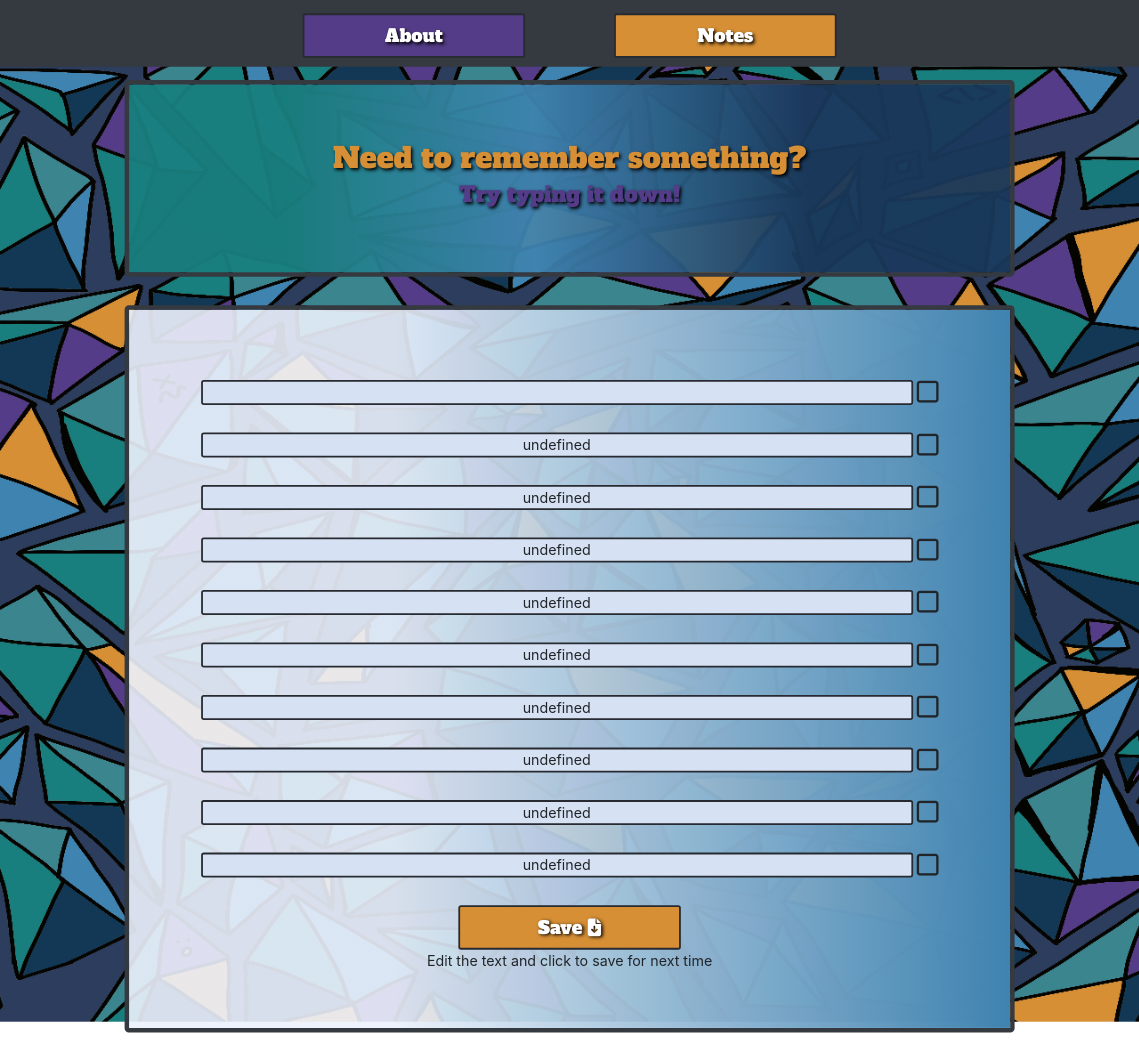
Repository: Kamicoda/Mynote
Page: index.html
The author's editor kept a record of every edit. The page is drawn from the files as they stood at one moment, then again after the next edit.
The browser window is 1280 px wide. The pictures show the whole page, at 89% of full size.
Backgrounds fixed to the window are drawn as part of the page. Some web fonts or font styles are not loaded; a fallback is used. Some web libraries are served in a nearby version.

Above is the page before.

### index.html
<!DOCTYPE html>
<html lang="en">

<head>
    <meta charset="UTF-8">
    <meta name="viewport" content="width=device-width, initial-scale=1.0">
    <meta http-equiv="X-UA-Compatible" content="ie=edge">
    <title>Document</title>


    <!--Bootstrap-->
    <link rel="stylesheet" href="https://maxcdn.bootstrapcdn.com/bootstrap/4.2.1/css/bootstrap.min.css" type="text/css" />
    <link rel="stylesheet" href="https://cdnjs.cloudflare.com/ajax/libs/hover.css/2.3.1/css/hover-min.css" type="text/css" />
    <!--Css-->
    <link rel="stylesheet" href="assets/style/style.css" type="text/css" />
    <link href="https://fonts.googleapis.com/css?family=Alfa+Slab+One&display=swap" rel="stylesheet">
    <!--Jquery-->
    <script src="https://code.jquery.com/jquery-3.4.1.min.js" integrity="sha256-CSXorXvZcTkaix6Yvo6HppcZGetbYMGWSFlBw8HfCJo=" crossorigin="anonymous"></script>

    <!--Scripts-->
    <script src="https://kit.fontawesome.com/06adabaaa3.js"></script>
    <script type="text/javascript" src="assets/js/script1.js"></script>
    <script type="text/javascript" src="assets/js/script2.js"></script>


</head>

<body class="bgbody" onload="checkEdits()">

    <!--navigation-->
    <div class="container-fluid bg-dark">
        <ul class="nav justify-content-center w-100">
            <li class="nav-item">
                <button id="aboutNav" type="button" class="btn btn-secondary btn-lg border border-light">About</button>
            </li>
            <li class="nav-item">
                <button id="notesNav" type="button" class="btn btn-primary btn-lg border border-light">Notes</button>
            </li>

        </ul>
    </div>

    <div class="jumbotron border border-dark header bg-grey mx-auto">
        <div class="row">
            <div id="headerwelcome" class="col-12">
                <h2 class="fancytext"> Need to remember something?</h2>
                <h4 class="fancytextsm">Try typing it down!</h4>
            </div>

            <div id="headerabout" class="col-12">
                <h2 class="fancytext"> Aboot, Abouut, Abuuut!</h2>
                <h4 class="fancytextsm">have a quick read</h4>
            </div>

            <div id="headernotes" class="col-12">
                <h2 class="fancytext"> Don't forget to not forget!</h2>
                <h4 class="fancytextsm">Also don't forget to keep it stupidly simple</h4>
            </div>
        </div>
    </div>

    <div class="jumbotron border border-dark cont header mx-auto">
        <div class="container-flex">


            <section id="aboutSec">
                <div class="row">
                    <div class="col-12">
                        <p>here to help you remember!</p>
                        <div class="row">
                            <div class="col-6">
                                <p>this website should make writing things down a little easier there are a few features to be added at some point,
                                but less off that just remember keep calm and make it concice youll get through whatever you need notes for! </p>
                                <hr class="my-2">
                                <p> to use simply type your note and hit save, thats it it will save a note to your local browser storage like how google autofills things for you.</p>
                            </div>
                            <div class="col-4">
                                <div class="catnote"></div>
                                <p>Don't end up like cat note!</p>
                            </div>
                        </div>
                    </div>
                </div>
        </div>
        </section>

        <section id="notesSec">
            <div class="row">

                <div class="col-12">
                    <div id="editList" class="row">

                        <div class="col-12">
                            <p id="edit" contenteditable="true" class="editableP border border-light"></p>
                            <div id="checkBox" class="checkbox">
                                <i id="fasquare" class="far fa-square"></i>
                                <i id="fabox" class="far fa-check-square"></i>
                            </div>
                        </div>

                        <div class="col-12">
                            <p id="edit1" contenteditable="true" class="editableP border border-light"></p>
                            <div id="checkBox1" class="checkbox">
                                <i id="fasquare1" class="far fa-square"></i>
                                <i id="fabox1" class="far fa-check-square"></i>
                            </div>
                        </div>

                        <div class="col-12">
                            <p id="edit2" contenteditable="true" class="editableP border border-light"></p>
                            <div id="checkBox2" class="checkbox">
                                <i id="fasquare2" class="far fa-square"></i>
                                <i id="fabox2" class="far fa-check-square"></i>
                            </div>
                        </div>

                        <div class="col-12">
                            <p id="edit3" contenteditable="true" class="editableP border border-light"></p>
                            <div id="checkBox3" class="checkbox">
                                <i id="fasquare3" class="far fa-square"></i>
                                <i id="fabox3" class="far fa-check-square"></i>
                            </div>
                        </div>

                        <div class="col-12">
                            <p id="edit4" contenteditable="true" class="editableP border border-light"></p>
                            <div id="checkBox4" class="checkbox">
                                <i id="fasquare4" class="far fa-square"></i>
                                <i id="fabox4" class="far fa-check-square"></i>
                            </div>
                        </div>

                        <div class="col-12">
                            <p id="edit5" contenteditable="true" class="editableP border border-light"></p>
                            <div id="checkBox5" class="checkbox">
                                <i id="fasquare5" class="far fa-square"></i>
                                <i id="fabox5" class="far fa-check-square"></i>
                            </div>
                        </div>

                        <div class="col-12">
                            <p id="edit6" contenteditable="true" class="editableP border border-light"></p>
                            <div id="checkBox6" class="checkbox">
                                <i id="fasquare6" class="far fa-square"></i>
                                <i id="fabox6" class="far fa-check-square"></i>
                            </div>
                        </div>

                        <div class="col-12">
                            <p id="edit7" contenteditable="true" class="editableP border border-light"></p>
                            <div id="checkBox7" class="checkbox">
                                <i id="fasquare7" class="far fa-square"></i>
                                <i id="fabox7" class="far fa-check-square"></i>
                            </div>
                        </div>

                        <div class="col-12">
                            <p id="edit8" contenteditable="true" class="editableP border border-light"></p>
                            <div id="checkBox8" class="checkbox">
                                <i id="fasquare8" class="far fa-square"></i>
                                <i id="fabox8" class="far fa-check-square"></i>
                            </div>
                        </div>

                        <div class="col-12">
                            <p id="edit9" contenteditable="true" class="editableP border border-light"></p>
                            <div id="checkBox9" class="checkbox">
                                <i id="fasquare9" class="far fa-square"></i>
                                <i id="fabox9" class="far fa-check-square"></i>
                            </div>

                            <div>
                                <button type="button " onclick="save()" class="btn btn-primary btn-lg border border-light saveButton">Save
                        <i class="fas fa-file-download"></i></button>
                            </div>

                            <div id="update"> Edit the text and click to save for next time </div>
                        </div>
                    </div>
                </div>
            </div>
        </section>
    </div>

</body>
<footer>

</footer>

</html>

### assets/style/style.css
@import url('https://fonts.googleapis.com/css?family=Roboto:100,200,300,400,500,600,700|Exo:100,200,300,400,500,600,700|Six Caps:100,200,300,400,500,600,700');

/*Colors*/

.bg-dark {
    background-color: rgba(39, 42, 48, 1);
}

.bg-grey {
    background: rgb(24, 127, 126);
    background: linear-gradient(90deg, rgba(24, 127, 126, 0.95) 18%, rgba(63, 131, 176, 0.95) 46%, rgba(25, 56, 90, 0.95) 77%);
}

.bg-light {
    background-color: rgba(72, 63, 57, 0.5);

}

/*background*/

.border-dark {
    margin-top: 15px;
    border-width: 5px !important;
    border-bottom-style: solid;
    border-color: rgba(39, 42, 48, 1);
}

.border-light {
    margin-top: 15px;
    border-width: 2px !important;
    border-bottom-style: solid;
    border-color: rgba(39, 42, 48, 1) !important;
    border-radius: 3px;
}

.bgbody {
    background: url("notesBg.jpg");
    Margin: 0;
    background-position: center;
    background-repeat: no-repeat;
    background-attachment: fixed;
    z-index: -1;
}

.catnote {
    background: url("catnote.jpg");
    width: 300px;
    height: 218px;
    background-position: center;
}

.navigationbackground {
    position: fixed;
    height: 100%;
    width: 100%;
}

.nav-item {
    margin-left: 50px;
    margin-right: 50px;
    margin-bottom: 10px;
}

.btn {
    border-radius: 0;
    width: 250px;
    border-radius: 3px;
    font-family: 'Alfa Slab One', cursive;
    text-shadow: 2px 2px 4px #000000;
}

.btn-primary {
    background-color: #d68f35;
}

.btn-primary:hover {
    color: #fff;
    background-color: #ffad44;
}

.btn-primary.focus,
.btn-primary:focus {
    box-shadow: 0 0 0 0.2rem rgb(243, 187, 116);
}

.btn-primary:not(:disabled):not(.disabled):active,
.show>.btn-primary.dropdown-toggle {
    color: #fff;
    background-color: #d68f35;
    border-color: #d68f35;
}

.btn-secondary {
    background-color: #543c88;
}

.btn-secondary:hover {
    color: #fff;
    background-color: #6a42bf;
}

.btn-secondary.focus, .btn-secondary:focus {
    box-shadow: 0 0 0 0.2rem rgb(84, 60, 136);
}

.btn-secondary:not(:disabled):not(.disabled):active,
.show>.btn-secondary.dropdown-toggle {
    color: #fff;
    background-color: #543c88;
}

.header {
    text-align: center;
    width: 1000px;

}

.editableP {
    padding: 5;
    background-color: rgba(214, 226, 243, 1);
    display: inline-block;
    width: 800px;
}

.cont {
    background: rgb(236, 241, 252);
    background: linear-gradient(90deg, rgba(236, 241, 252, 0.9) 30%, rgba(63, 131, 176, 1) 100%);

}


.ul .li {
    list-style: none;
}

.checkbox {
    font-size: 28px;
    display: inline-block;
    transform: translate(0px,4px);
}

.fancytext {
    font-family: 'Alfa Slab One', cursive;
    color: #d68f35;
    text-shadow: 2px 2px 4px #000000;
}

.fancytextsm {
    font-family: 'Alfa Slab One', cursive;
    color: #543c88;
    text-shadow: 2px 2px 4px #000000;
}

### assets/js/script1.js
//Buttons
$(document).ready(function() {

    $('#aboutSec').toggle();
    $('#notesSec').show();
    $('#gamesSec').toggle();
    $('#linksSec').toggle();
    $('.fa-check-square').toggle();
    $('#headerwelcome').show();
    $('#headerabout').toggle();
    $('#headernotes').toggle();

    //$('#item').toggle();
    //$('#item1').toggle();
    //$('#item2').toggle();

    $('#aboutNav').on('click', function() {
        $('#aboutSec').show(1000);
        $('#notesSec').hide(1000);
        $('#headerwelcome').hide();
        $('#headerabout').show();
        $('#headernotes').hide();
    });

    $('#notesNav').on('click', function() {
        $('#notesSec').show(1000);
        $('#aboutSec').hide(1000);
        $('#headerwelcome').hide();
        $('#headernotes').show();
        $('#headerabout').hide();

    });

    $('#checkBox').on('click', function() {
        $('#fasquare').toggle();
        $('#fabox').toggle();
    });

    $('#checkBox1').on('click', function() {
        $('#fasquare1').toggle();
        $('#fabox1').toggle();
    });

    $('#checkBox2').on('click', function() {
        $('#fasquare2').toggle();
        $('#fabox2').toggle();
    });

    $('#checkBox3').on('click', function() {
        $('#fasquare3').toggle();
        $('#fabox3').toggle();
    });

    $('#checkBox4').on('click', function() {
        $('#fasquare4').toggle();
        $('#fabox4').toggle();
    });

    $('#checkBox5').on('click', function() {
        $('#fasquare5').toggle();
        $('#fabox5').toggle();
    });

    $('#checkBox6').on('click', function() {
        $('#fasquare6').toggle();
        $('#fabox6').toggle();
    });

    $('#checkBox7').on('click', function() {
        $('#fasquare7').toggle();
        $('#fabox7').toggle();
    });

    $('#checkBox8').on('click', function() {
        $('#fasquare8').toggle();
        $('#fabox8').toggle();
    });

    $('#checkBox9').on('click', function() {
        $('#fasquare9').toggle();
        $('#fabox9').toggle();
    });


    // $('#new').on('click', function() {
    //  count += 1;
    //  $('#item' + count).show()
    //$('#editList').append(`<p id="edit` + count + `" contenteditable="true" class="editableP"></p><button type="button " onclick="save`+ count +`()" class="saveButton">Save
    // <i class="fas fa-file-download"></i></button>`);

    // });
});

// this is adding numbers to the ID "edit"
var count = 0;

### assets/js/script2.js

function save() {
localStorage.userEdits = document.getElementById("edit").innerText;
localStorage.userEdits1 = document.getElementById("edit1").innerText;
localStorage.userEdits2 = document.getElementById("edit2").innerText;
localStorage.userEdits3 = document.getElementById("edit3").innerText;
localStorage.userEdits4 = document.getElementById("edit4").innerText;
localStorage.userEdits5 = document.getElementById("edit5").innerText;
localStorage.userEdits6 = document.getElementById("edit6").innerText;
localStorage.userEdits7 = document.getElementById("edit7").innerText;
localStorage.userEdits8 = document.getElementById("edit8").innerText;
localStorage.userEdits9 = document.getElementById("edit9").innerText;

document.getElementById("update").innerHTML="Edits saved!";
}

function checkEdits() {

if(localStorage.userEdits!=null)
document.getElementById("edit").innerHTML = localStorage.userEdits;
document.getElementById("edit1").innerHTML = localStorage.userEdits1;
document.getElementById("edit2").innerHTML = localStorage.userEdits2;
document.getElementById("edit3").innerHTML = localStorage.userEdits3;
document.getElementById("edit4").innerHTML = localStorage.userEdits4;
document.getElementById("edit5").innerHTML = localStorage.userEdits5;
document.getElementById("edit6").innerHTML = localStorage.userEdits6;
document.getElementById("edit7").innerHTML = localStorage.userEdits7;
document.getElementById("edit8").innerHTML = localStorage.userEdits8;
document.getElementById("edit9").innerHTML = localStorage.userEdits9;
}

//original code idea from https://www.developerdrive.com/allowing-users-to-edit-text-content-with-html5/
//with some tweaking


//

After the next edit:
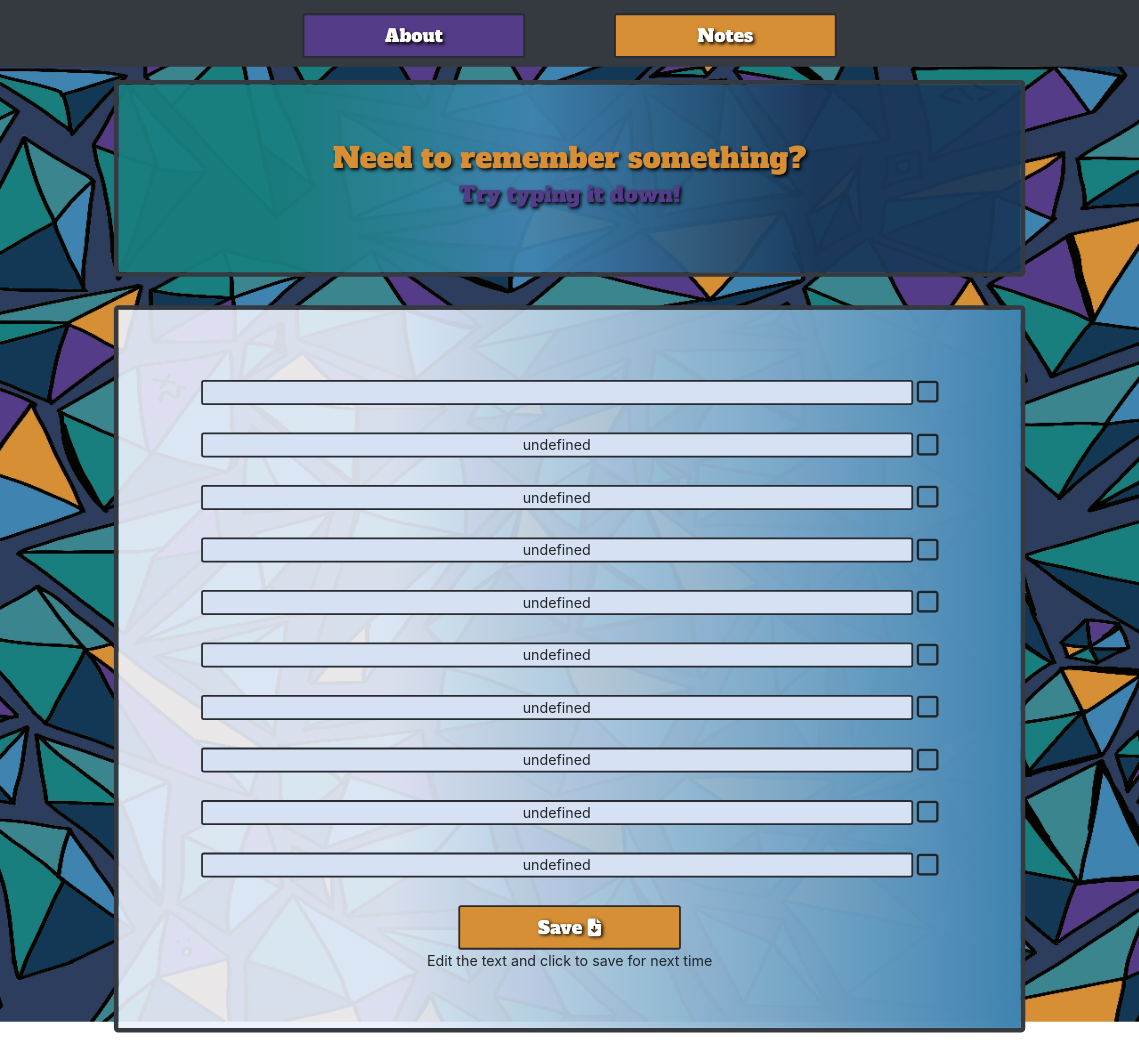
The edit:
--- a/assets/style/style.css
+++ b/assets/style/style.css
@@ -111,7 +111,7 @@
 
 .header {
     text-align: center;
-    width: 1000px;
+    width: 80%;
 
 }
 
